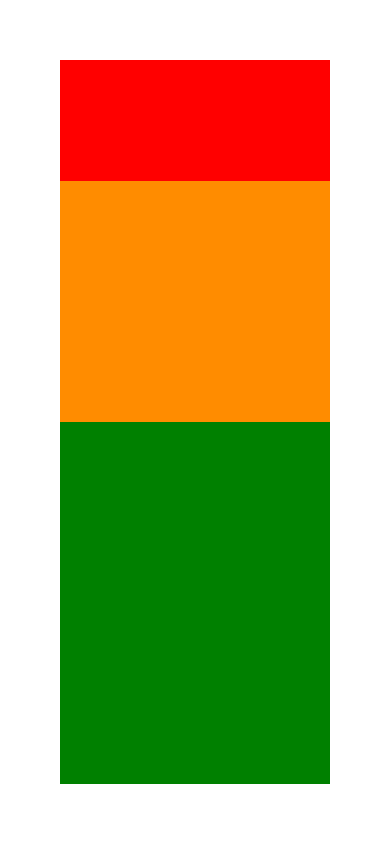
Repository: Waikato153/AwesomeProject
Screen: /
The author's editor kept a copy of each file at every save. The screen is drawn from the files as they stood at one save, then again after the next save.
The app was drawn by React Native's web renderer in a window 390 px wide. The project was rebuilt for these pictures with package versions that can differ from the ones it lists, and the page was loaded fresh each time.

Above is the screen before, as saved 2024-02-27 09:27:35.

After the next save:
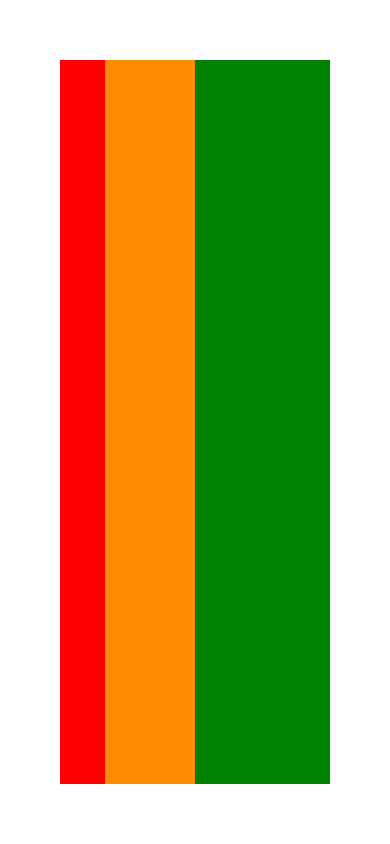
Saved 6 s later.
--- a/App.js
+++ b/App.js
@@ -8,7 +8,7 @@
         styles.container,
         {
           // Try setting `flexDirection` to `"row"`.
-          flexDirection: 'column',
+          flexDirection: 'row',
         },
       ]}>
       <View style={{flex: 1, backgroundColor: 'red'}} />

After the save that followed:
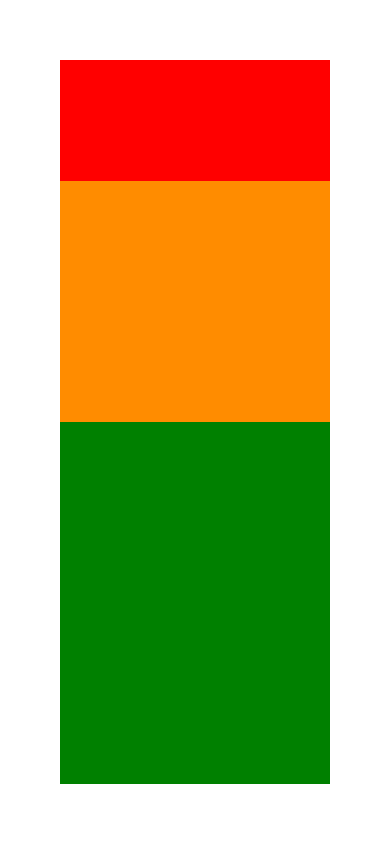
Saved 5 s later.
--- a/App.js
+++ b/App.js
@@ -8,7 +8,7 @@
         styles.container,
         {
           // Try setting `flexDirection` to `"row"`.
-          flexDirection: 'row',
+          //flexDirection: 'column',
         },
       ]}>
       <View style={{flex: 1, backgroundColor: 'red'}} />
